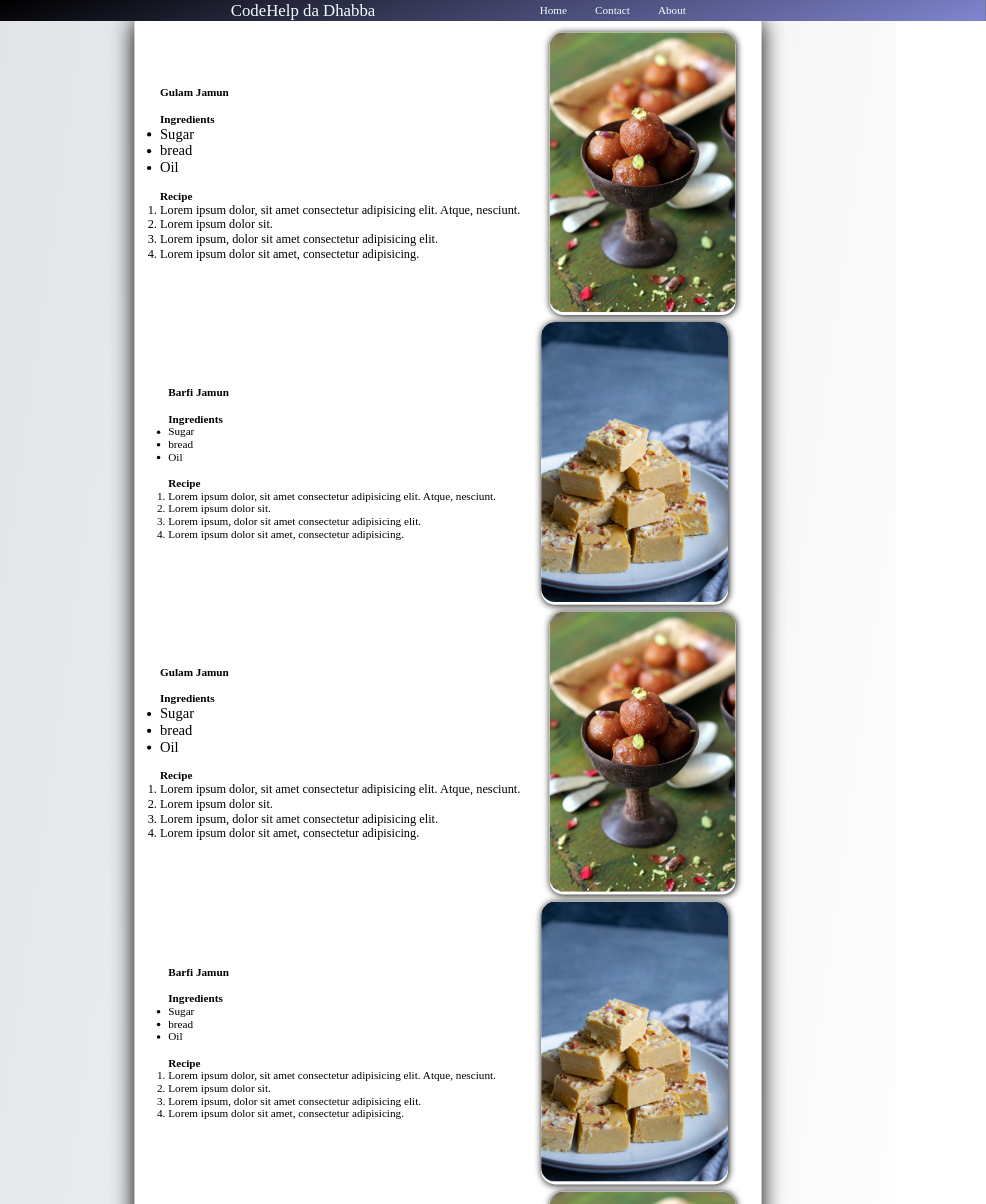
Repository: ssaddamhuss100/Recipe_Html_css
Page: index.html
The author's editor kept a copy of each file at every save. The page is drawn from the files as they stood at one save, then again after the next save.
The browser window is 1280 px wide. The page is 1408 px wide, so the pictures cover 1408 px, including what lies to the right of the window. The pictures show the part of the page from y = 0 to 1720 px (the page is 2554 px tall), at 70% of full size.

Above is the page before, as saved 2024-12-12 10:58:11.

### index.html
<!DOCTYPE html>
<html lang="en">
<head>
    <meta charset="UTF-8">
    <meta http-equiv="X-UA-Compatible" content="IE=edge">
    <meta name="viewport" content="width=device-width, initial-scale=1.0">
    <title>Codehelp da Dhaaba</title>
    <link rel="stylesheet" href="style.css">
</head>
<body>

    <div class="container">

        <header>
            <div class="navContainer">
                <nav>
                    <ul id="navList">
                        <li>
                            <p id="navLogo">CodeHelp da Dhabba</p>
                        </li>
                        <li>
                            <div id="navItems">
                                <a href="#">Home</a>
                                <a href="#">Contact</a>
                                <a href="#">About</a>
                            </div>
                        </li>
                    </ul>
                </nav>
            </div>
        </header>

        <main>
            <div class="contentBox">
                <!-- item 1  -->
                <section>
                    <div class="item">
                        <div class="leftBox">
                            <!-- heaeding -->
                            <h2>Gulam Jamun</h2>

                            <div>
                                <h2>Ingredients</h2>
                                <ul class="ingBox">
                                    <li>Sugar</li>
                                    <li>bread</li>
                                    <li>Oil</li>
                                </ul>
                            </div>

                            <div>
                                <h2>Recipe</h2>
                                <ol class="recipeBox">
                                    <li>Lorem ipsum dolor, sit amet consectetur adipisicing elit. Atque, nesciunt.</li>
                                    <li>Lorem ipsum dolor sit.</li>
                                    <li>Lorem ipsum, dolor sit amet consectetur adipisicing elit.</li>
                                    <li>Lorem ipsum dolor sit amet, consectetur adipisicing.</li>
                                </ol>
                            </div>



                        </div>

                        <div class="rightBox">
                            <img
                                src="bread-gulab-jamun-recipe.jpg"
                            />
                            <div class="overlay">
                                <span> Click here to Buy</span>
                            </div>
                        </div>
                    </div>
                </section>

                <section>
                    <div class="item">
                        <div class="leftBox">
                            <!-- heaeding -->
                            <h2>Barfi Jamun</h2>

                            <div>
                                <h2>Ingredients</h2>
                                <ul>
                                    <li>Sugar</li>
                                    <li>bread</li>
                                    <li>Oil</li>
                                </ul>
                            </div>

                            <div>
                                <h2>Recipe</h2>
                                <ol>
                                    <li>Lorem ipsum dolor, sit amet consectetur adipisicing elit. Atque, nesciunt.</li>
                                    <li>Lorem ipsum dolor sit.</li>
                                    <li>Lorem ipsum, dolor sit amet consectetur adipisicing elit.</li>
                                    <li>Lorem ipsum dolor sit amet, consectetur adipisicing.</li>
                                </ol>
                            </div>



                        </div>
                        <div class="rightBox">
                            <img
                                src="Magaz-5-of-5-2-960x1440.jpg"
                            />
                        </div>
                    </div>
                </section>

                <section>
                    <div class="item">
                        <div class="leftBox">
                            <!-- heaeding -->
                            <h2>Gulam Jamun</h2>

                            <div>
                                <h2>Ingredients</h2>
                                <ul class="ingBox">
                                    <li>Sugar</li>
                                    <li>bread</li>
                                    <li>Oil</li>
                                </ul>
                            </div>

                            <div>
                                <h2>Recipe</h2>
                                <ol class="recipeBox">
                                    <li>Lorem ipsum dolor, sit amet consectetur adipisicing elit. Atque, nesciunt.</li>
                                    <li>Lorem ipsum dolor sit.</li>
                                    <li>Lorem ipsum, dolor sit amet consectetur adipisicing elit.</li>
                                    <li>Lorem ipsum dolor sit amet, consectetur adipisicing.</li>
                                </ol>
                            </div>



                        </div>

                        <div class="rightBox">
                            <img
                                src="bread-gulab-jamun-recipe.jpg"
                            />
                            <div class="overlay">
                                <span> Click here to Buy</span>
                            </div>
                        </div>
                    </div>
                </section>

                <section>
                    <div class="item">
                        <div class="leftBox">
                            <!-- heaeding -->
                            <h2>Barfi Jamun</h2>

                            <div>
                                <h2>Ingredients</h2>
                                <ul>
                                    <li>Sugar</li>
                                    <li>bread</li>
                                    <li>Oil</li>
                                </ul>
                            </div>

                            <div>
                                <h2>Recipe</h2>
                                <ol>
                                    <li>Lorem ipsum dolor, sit amet consectetur adipisicing elit. Atque, nesciunt.</li>
                                    <li>Lorem ipsum dolor sit.</li>
                                    <li>Lorem ipsum, dolor sit amet consectetur adipisicing elit.</li>
                                    <li>Lorem ipsum dolor sit amet, consectetur adipisicing.</li>
                                </ol>
                            </div>



                        </div>
                        <div class="rightBox">
                            <img
                                src="Magaz-5-of-5-2-960x1440.jpg"
                            />
                        </div>
                    </div>
                </section>

                <section>
                    <div class="item">
                        <div class="leftBox">
                            <!-- heaeding -->
                            <h2>Gulam Jamun</h2>

                            <div>
                                <h2>Ingredients</h2>
                                <ul class="ingBox">
                                    <li>Sugar</li>
                                    <li>bread</li>
                                    <li>Oil</li>
                                </ul>
                            </div>

                            <div>
                                <h2>Recipe</h2>
                                <ol class="recipeBox">
                                    <li>Lorem ipsum dolor, sit amet consectetur adipisicing elit. Atque, nesciunt.</li>
                                    <li>Lorem ipsum dolor sit.</li>
                                    <li>Lorem ipsum, dolor sit amet consectetur adipisicing elit.</li>
                                    <li>Lorem ipsum dolor sit amet, consectetur adipisicing.</li>
                                </ol>
                            </div>



                        </div>

                        <div class="rightBox">
                            <img
                                src="bread-gulab-jamun-recipe.jpg"
                            />
                            <div class="overlay">
                                <span> Click here to Buy</span>
                            </div>
                        </div>
                    </div>
                </section>

                <section>
                    <div class="item">
                        <div class="leftBox">
                            <!-- heaeding -->
                            <h2>Barfi Jamun</h2>

                            <div>
                                <h2>Ingredients</h2>
                                <ul>
                                    <li>Sugar</li>
                                    <li>bread</li>
                                    <li>Oil</li>
                                </ul>
                            </div>

                            <div>
                                <h2>Recipe</h2>
                                <ol>
                                    <li>Lorem ipsum dolor, sit amet consectetur adipisicing elit. Atque, nesciunt.</li>
                                    <li>Lorem ipsum dolor sit.</li>
                                    <li>Lorem ipsum, dolor sit amet consectetur adipisicing elit.</li>
                                    <li>Lorem ipsum dolor sit amet, consectetur adipisicing.</li>
                                </ol>
                            </div>



                        </div>
                        <div class="rightBox">
                            <img
                                src="Magaz-5-of-5-2-960x1440.jpg"
                            />
                        </div>
                    </div>
                </section>
            </div>
        </main>

        <footer>
           <div class="footerBox">
                <p>
                    Copyright  &copy; CodeHelp da Dhaaba Pvt Ltd 2023 All Rights Reserved
                </p>
           </div>
        </footer>


    </div>

</body>
</html>

### style.css
*{
    margin: 0;
    padding: 0;
    box-sizing: border-box;
}
.container{
    height: 100%;
    width: 100%;
    overflow-x: none;
    background-color: #e2e5e8;
    background-image: linear-gradient(98deg, #e2e5e8 0%, #ffffff 100%);

}

.navContainer{
    width: 110vw;
    /* background-color: rgba(113, 113, 154, 0.776);
    */
    background-color: #000000;
   background-image: linear-gradient(160deg, #000000 0%, #8085d0 100%);

    min-height: 30px;
    display: flex;
    justify-content: center;
    align-items: center;
    position: relative;
}
nav{
    width: 70%;
}
#navList{
    width: 90%;
    padding: 1px;

    list-style: none;
    font-size: 1rem;
    display: flex;
    justify-content: space-around;
    align-items: center;
}

#navLogo{
    font-size: 1.5rem;
    color: azure;
}

a{
    text-decoration: none;
    color: azure;
}
#navItems{
    display: flex;
    gap:40px;

}

footer{
    width: 100%;
}

.footerBox{
    background-color: #000000;
    background-image: linear-gradient(160deg, #000000 0%, #8085d0 100%);
    width: 100%;
    text-align: center;
    min-height: 10px;
}

.footerBox p {
    color: azure;
    font-size: 1rem;
}

.contentBox{
    width: 70%;
    margin: auto;
    background-color: white;
    display: flex;
    flex-direction: column;
    gap: 10px;
    padding: 1rem;
    box-shadow: 0px 0px 30px black;
}

.item{
    display: flex;
    justify-content: space-around;
    align-items: center;
}

.rightBox{
    position: relative;
    overflow: hidden;
    transition: all 0.3s linear 0s;
    box-shadow: 1px 1px 10px black;
    border-radius: 20px;
}

.rightBox img{
    height: 400px;
    border-radius: 20px;
    transition: all 0.6s linear 0s;
}

.rightBox:hover{
    transform: scale(1.1);
}

.leftBox{
    display: flex;
    flex-direction: column;
    gap: 20px;
}
.leftBox h2{
    font-size: 1rem;
}

.ingBox{
    font-size: 1.3rem;
}

.recipeBox{
    font-size: 1.1rem;
}

.rightBox .overlay{
    position: absolute;
    top: 0;
    left: 0;
    height: 100%;
    width: 100%;
    background-color: rgba(36, 34, 34, 0.713);
    border-radius: 20px;
    display: flex;
    align-items: center;
    justify-content: center;
    opacity: 0;
    transition: all 0.3s linear 0s;
}

.rightBox:hover .overlay{
    opacity: 1;
}

.rightBox .overlay span{
    color: white;
    font-size: 1.2rem;
}

After the next save:
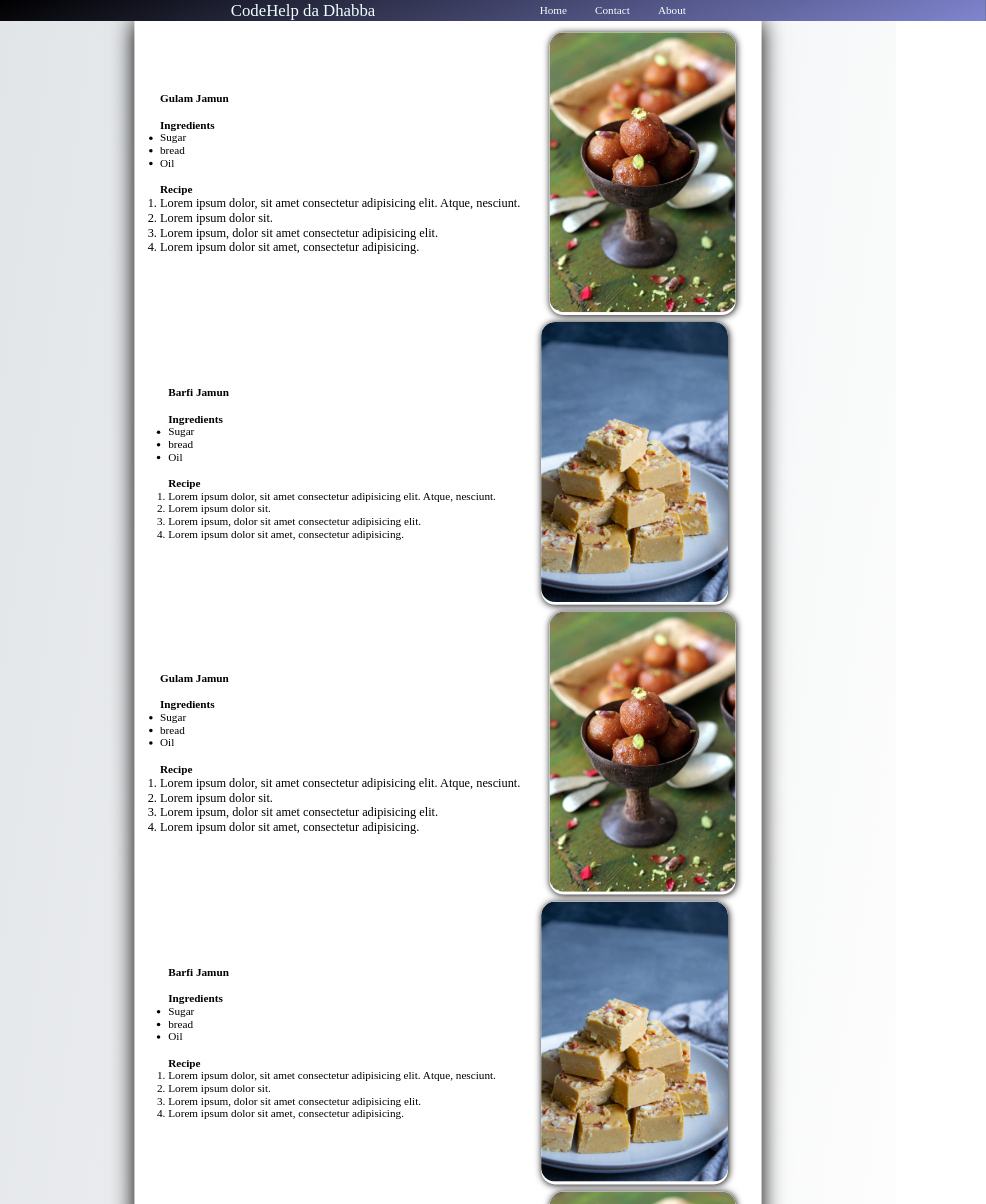
Saved 18 s later.
--- a/style.css
+++ b/style.css
@@ -116,7 +116,7 @@ footer{
 }
 
 .ingBox{
-    font-size: 1.3rem;
+    font-size: 1rem;
 }
 
 .recipeBox{
